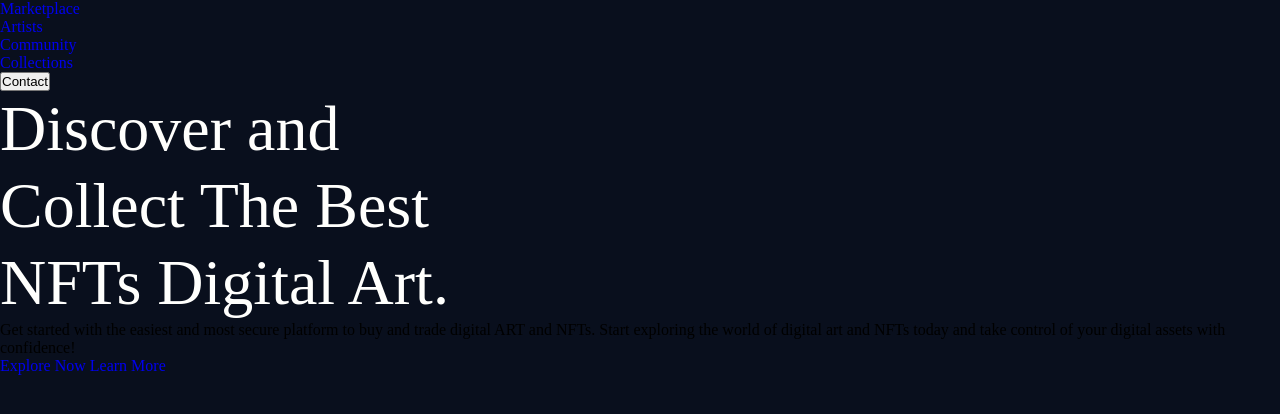
Repository: Kamron5505/NftMarketplace
Page: index.html
The author's editor kept a copy of each file at every save. The page is drawn from the files as they stood at one save, then again after the next save.
The browser window is 1280 px wide. The pictures show the whole page.
Some web fonts or font styles are not loaded; a fallback is used.

Above is the page before, as saved 2025-07-08 00:08:08.

After the next save:
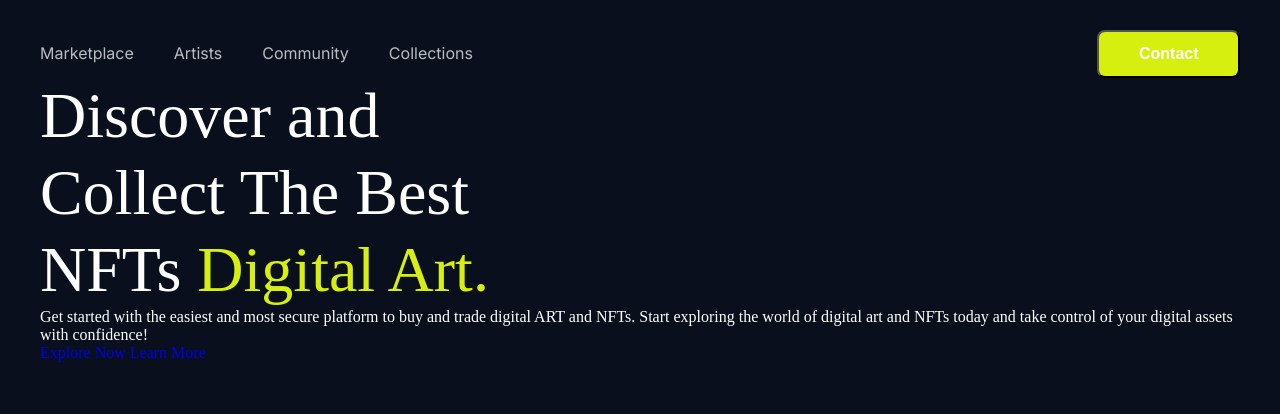
Saved 11 s later.
--- a/style.css
+++ b/style.css
@@ -5,8 +5,23 @@
     font-style: normal;
 }
 
+* {
+    margin: 0;
+    padding: 0;
+    text-decoration: none;
+    list-style: none;
+    box-sizing: border-box;
+}
+
 body {
     background: #090f1d;
+    color: #fffffd;
+}
+
+:root {
+    --font-family: "Inter", sans-serif;
+    --second-family: "Source Sans Pro", sans-serif;
+    --third-family: "Canela", sans-serif;
 }
 
 h1,
@@ -22,9 +37,86 @@ h6 {
     line-height: 120%;
     color: #fffffd;
 }
-*{
-    margin: 0;
-    padding: 0;
-    text-decoration: none;
+
+:root {
+    --font-family: "Inter", sans-serif;
+    --second-family: "Source Sans Pro", sans-serif;
+    --third-family: "Canela", sans-serif;
+}
+
+.highlight {
+    color: #d6ef0e;
+}
+
+.header {
+    margin-top: 30px;
+    font-family: "Inter", sans-serif;
+}
+
+.container {
+    width: 1200px;
+    margin: 0 auto;
+}
+
+.nav {
+    display: flex;
+    align-items: center;
+    justify-content: space-between;
+}
+
+.nav-list {
+    display: flex;
+    gap: 40px;
+}
+
+
+.nav-link {
+    font-weight: 400;
+    font-size: 16px;
+    line-height: 160%;
+    color: rgba(255, 255, 253, 0.72);
+}
+
+.nav-link:hover {
+    border-bottom: 1px solid #d6ef0e;
+    width: 94px;
+    height: 26px;
+    transition: all 0.3s ease;
+}
+
+.header-contact-btn {
+    background: #d6ef0e;
+    border-radius: 8px;
+    padding: 12px 40px;
+    width: 143px;
+    height: 48px;
+    font-weight: 700;
+    font-size: 16px;
+    line-height: 120%;
+    color: #fff;
+}
+
+
+
+.nft-section {
 
 }
+
+
+.nft-wrapper {}
+
+.content-left {}
+
+.title {}
+
+.highlight {}
+
+.description {}
+
+.buttons {}
+
+.btn {}
+
+.btn-primary {}
+
+.btn-secondary {}
